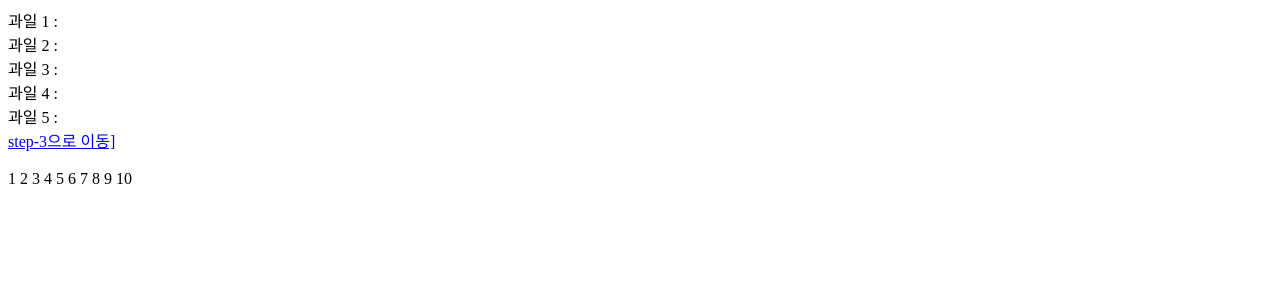
Repository: JaeYong-An/jstl
Page: http://localhost/jstl_study/step-4.jsp
An editor plug-in stored every save of this project. The page is shown before and after a run of saves, followed by the edit.
The browser window is 1280 px wide. The pictures show the whole page.
The page is served by Tomcat 9. Other server files are loaded and not shown.

Above is the page before, as saved 2023-11-23 00:23:10.

### jstl_study/src/main/webapp/step-4.jsp
<%@ page language="java" contentType="text/html; charset=UTF-8"
    pageEncoding="UTF-8"%>
    <%@ taglib uri="http://java.sun.com/jsp/jstl/core" prefix="c" %>
<!DOCTYPE html>
<html>
<head>
<meta charset="UTF-8">
<title>Insert title here</title>
</head>
<body>
	과일 1 : ${paramValues.food[0] }<br>
	과일 2 : ${paramValues.food[1] }<br>
	과일 3 : ${paramValues.food[2] }<br>
	과일 4 : ${paramValues.food[3] }<br>
	과일 5 : ${paramValues.food[4] }<br>

	<a href="step-3.jsp">step-3으로 이동]</a>

	<%-- <c:forEach items="${paramValues.food } var="foods" varStatus="st">
		과일 ${st.index} : ${foods }<br>
	</c:forEach>

	<%
		String friends[] = {"삼겹살","소주","족발","맥주"};
		request.setAttribute("f", friends);


	%>

	<c:forEach items="${requestScope.f } var="fname">
		${fname }
	</c:forEach> --%>

	<br>
	<br>

	<c:forEach begin="1" end="10" var="i">
		${i }
	</c:forEach>
</body>
</html>

After the next 2 saves:
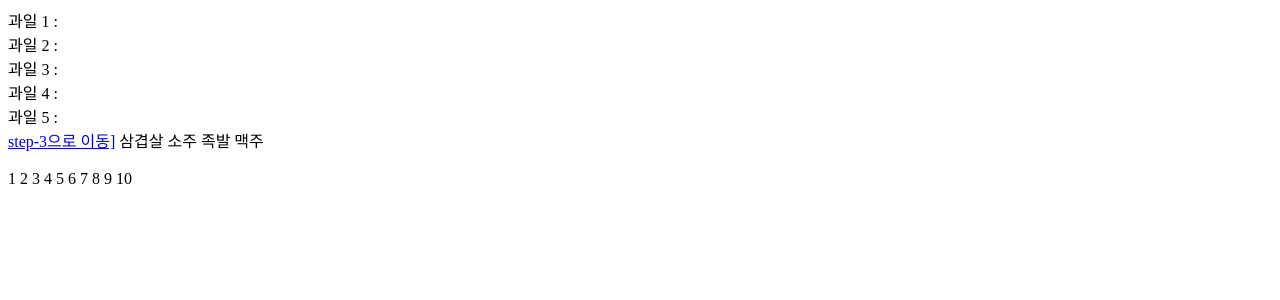
The 2 saves are shown as one change because 1 did not build or start.
The last was saved 84 s later.
--- a/jstl_study/src/main/webapp/step-4.jsp
+++ b/jstl_study/src/main/webapp/step-4.jsp
@@ -16,7 +16,7 @@
 
 	<a href="step-3.jsp">step-3으로 이동]</a>
 
-	<%-- <c:forEach items="${paramValues.food } var="foods" varStatus="st">
+	<c:forEach items="${paramValues.food }" var="foods" varStatus="st">
 		과일 ${st.index} : ${foods }<br>
 	</c:forEach>
 
@@ -27,9 +27,9 @@
 
 	%>
 
-	<c:forEach items="${requestScope.f } var="fname">
+	<c:forEach items="${requestScope.f }" var="fname">
 		${fname }
-	</c:forEach> --%>
+	</c:forEach>
 
 	<br>
 	<br>
